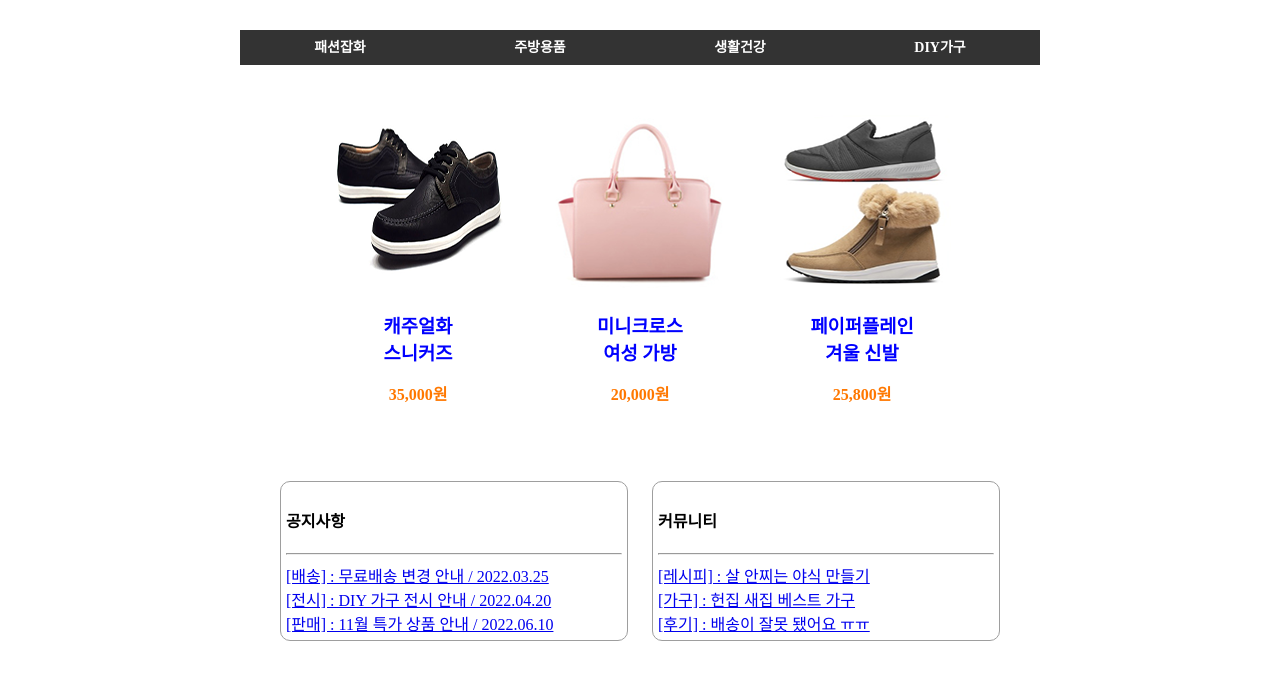
Repository: dudadab/Hhyundaiezwel_Academy
Page: CSS01/src/main/webapp/cssEx.html
These files come from the project's save history. The page is drawn as it stood at one moment and after the next save; the edit follows.
The browser window is 1280 px wide. The pictures show the whole page.
The pointer rests on the first visible `#productBox img`.

Above is the page before, as saved 2025-07-02 08:23:49.

After the next save:
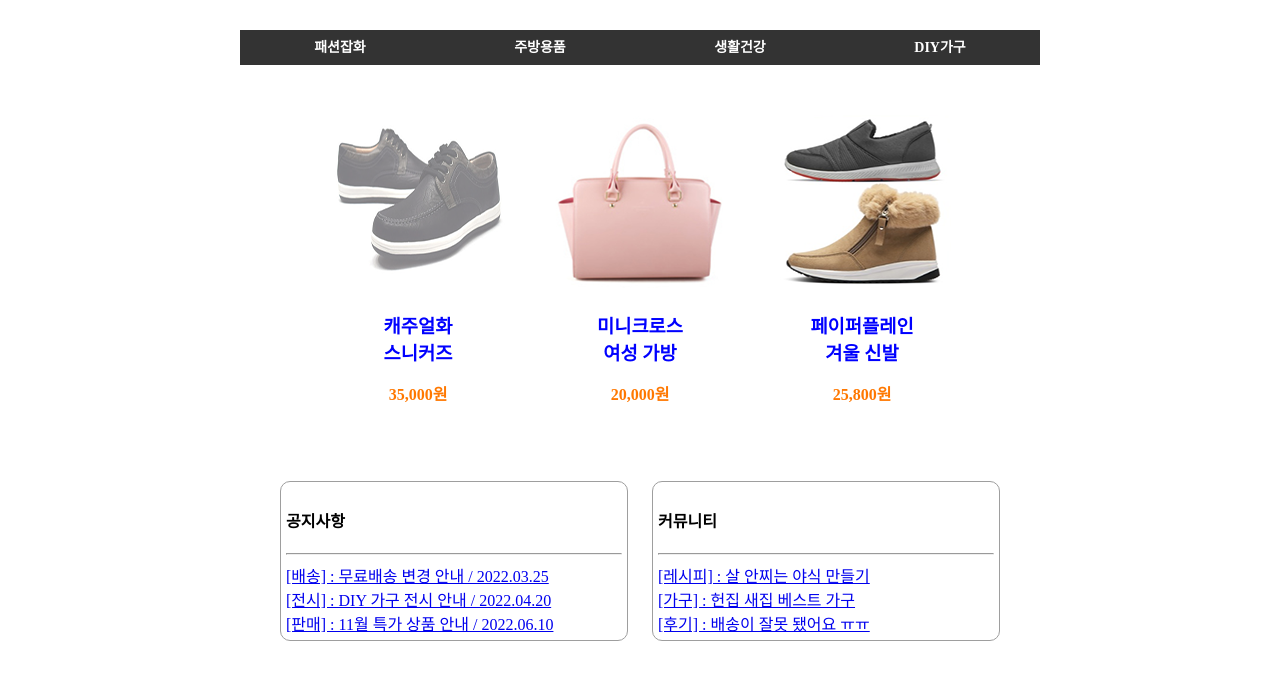
Saved 4 min 50 s later.
--- a/CSS01/src/main/webapp/cssEX.css
+++ b/CSS01/src/main/webapp/cssEX.css
@@ -76,3 +76,5 @@
 	padding:5px;
 	text-align:left;
 }
+
+#productBox img:hover {opacity:0.5;}
